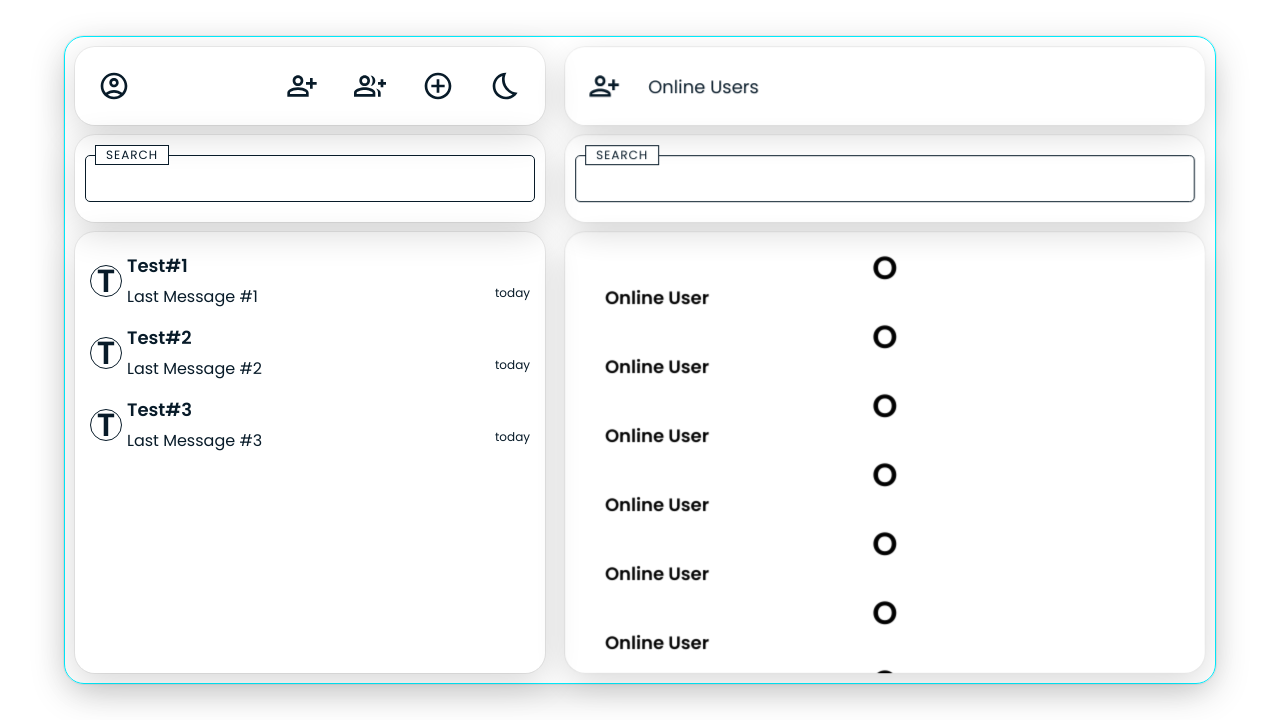
Repository: swastikjhacoder/mern-chat-frontend-only
Page: /users
The author's editor kept a copy of each file at every save. The page is drawn from the files as they stood at one save, then again after the next save.
The browser window is 1280 px wide. The pictures show the whole page.
An inner scrolling area shows only its first screen. The project was rebuilt for these pictures with package versions that can differ from the ones it lists, and the page was loaded fresh each time. Also part of the build but not shown: src/components/loginSignup/Login.jsx, src/components/chat/MessageOthers.jsx, src/components/chat/MessageSelf.jsx, src/components/chat/ChatContainer.jsx. Imported but missing from the stored project, and not drawn on this page: src/components/loginSignup/SignUp.

Above is the page before, as saved 2023-09-21 22:43:13.

### src/index.js
import React from "react";
import ReactDOM from "react-dom/client";
import "./index.css";
import App from "./App";
import { BrowserRouter } from "react-router-dom";
import { Provider } from "react-redux";
import { store } from "./redux/store";

const root = ReactDOM.createRoot(document.getElementById("root"));
root.render(
  <React.StrictMode>
    <Provider store={store}>
      <BrowserRouter>
        <App />
      </BrowserRouter>
    </Provider>
  </React.StrictMode>
);

### src/index.css
@import url('https://fonts.googleapis.com/css2?family=Poppins:ital,wght@0,100;0,200;0,300;0,400;0,500;0,600;0,700;0,800;0,900;1,400&display=swap');

:root {
  --border-color: #0ef;
  --body-color: #081b29;
  --container-default-color: #fff;
  --self-message-background-color: #63d7b0;
  --other-message-background-color: #e2e4e3;
  --box-shadow: rgba(0, 0, 0, 0.16) 0px 10px 36px 0px, rgba(0, 0, 0, 0.06) 0px 0px 0px 1px;

  --large-font-size: 32px;
  --medium-font-size: 18px;
  --normal-font-size: 16px;
  --small-font-size: 12px;
  --tiny-font-size: 10px;

  --bolder-font-weight: 600;
}

::-webkit-scrollbar {
  width: 6px !important;
  height: 6px !important;
}

::-webkit-scrollbar-track {
  background: hsla(0, 0%, 100%, -1);
}

::-webkit-scrollbar-thumb {
  background: rgba(0, 0, 0, 0.2);
}


* {
  margin: 0;
  padding: 0;
  box-sizing: border-box;
  font-family: 'Poppins', sans-serif;
}

body {
  display: flex;
  flex-direction: column;
  justify-content: center;
  align-items: center;
}

.app-container {
  display: flex;
  width: 100vw;
  height: 100vh;
  flex-direction: column;
  justify-content: center;
  align-items: center;
}

.container {
  display: flex;
  flex-direction: row;
  gap: 10px;
  width: 90vw;
  height: 90vh;
  border-radius: 20px;
  border: 1px solid var(--border-color);
  box-shadow: var(--box-shadow);
}

.left-sidebar-container {
  display: flex;
  flex-direction: column;
  flex: 0.3;
  padding: 10px;
}

.sb-header {
  display: flex;
  flex-direction: row;
  border-radius: 20px;
  justify-content: space-between;
  padding: 5px;
  box-shadow: var(--box-shadow);
}

.sb-header >div {
  width: max-content;
}

.icon {
  font-size: var(--large-font-size) !important;
  margin: 10px;
}

.sb-search {
  display: flex;
  flex-direction: row;
  width: 100%;
  padding: 10px;
  margin-top: 10px;
  border-radius: 20px;
  box-shadow: var(--box-shadow);
}

.input-box {
  position: relative;
  width: 450px;
  margin: 10px 0;
}

.input-box input {
  width: 100%;
  padding: 10px;
  background: transparent;
  border-radius: 5px;
  color: var(--body-color);
  outline: none;
  font-size: var(--title-text-size);
}

.input-box span {
  position: absolute;
  left: 0;
  padding: 0 10px;
  pointer-events: none;
  font-size: var(--small-font-size);
  text-transform: uppercase;
  letter-spacing: 1px;
  transform: translateX(10px) translateY(-10px);
}

.sb-conversations {
  background-color: var(--container-color);
  border-radius: 20px;
  padding: 10px 5px;
  margin-top: 10px;
  flex: 1;
  overflow-y: scroll;
  box-shadow: var(--box-shadow);
}

.conversation-container {
  display: grid;
  grid-template-columns: 32px auto auto;
  grid-template-rows: auto auto;
  column-gap: 10px;
  padding: 5px;
  gap: 5px;
  margin: 5px;
  border-radius: 20px;
  transition-duration: .5s;
}

.con-icon {
  grid-area: 1/1/3/2;
  display: flex;
  justify-content: center;
  align-items: center;
  font-size: var(--large-font-size);
  font-weight: var(--bolder-font-weight);
  height: 32px;
  width: 32px;
  padding: 2px;
  border-radius: 50%;
  justify-self: center;
  align-self: center;
}

.con-title {
  grid-area: 1/2/2/4;
  font-weight: var(--bolder-font-weight);
  font-size: var(--medium-font-size);
}

.con-lastMessage {
  font-size: var(--normal-font-size);
}

.con-timeStamp {
  justify-self: flex-end;
  font-size: var(--small-font-size);
}

.right-sidebar-container {
  flex: .7;
  display: flex;
  flex-direction: column;
  gap: 10px;
  padding: 10px 10px 10px 0;
}

.chat-header {
  display: flex;
  justify-content: space-between;
  column-gap: 10px;
  padding: 10px;
  border-radius: 20px;
  box-shadow: var(--box-shadow);
}

.chat-header-info {
  display: flex;
  flex-direction: row;
  justify-content: center;
  align-items: center;
  gap: 10px;
}

.chat-message {
  flex: 1;
  background-color: var(--container-color);
  border-radius: 20px;
  padding: 20px 40px;
  overflow-y: scroll;
  box-shadow: var(--box-shadow);
}

.chat-input {
  display: flex;
  flex-direction: row;
  justify-content: space-between;
  align-items: center;
  border-radius: 20px;
  padding: 10px;
  box-shadow: var(--box-shadow)
}

.self-message-container {
  display: flex;
  justify-content: flex-end;
}

.self-message {
  display: flex;
  flex-direction: column;
  background-color: var(--self-message-background-color);
  width: max-content;
  padding: 10px 10px;
  margin: 5px;
  border-radius: 20px;
}
.self-title {
  font-weight: var(--bolder-font-weight);
  font-size: var(--medium-font-size);
}

.self-message {
  font-size: var(--normal-font-size);
}

.self-timestamp {
  margin-left: auto;
  font-size: var(--small-font-size);
}

.other-message-container {
  display: flex;
  justify-content: flex-start;
  flex-direction: row;
  gap: 5px;
  width: max-content;
  padding: 10px 10px;
  margin: 5px;
  border-radius: 20px;
}

.other-icon {
  display: flex;
  justify-content: center;
  align-items: center;
  font-size: var(--large-font-size);
  font-weight: var(--bolder-font-weight);
  height: 32px;
  width: 32px;
  padding: 2px;
  border-radius: 50%;
  justify-self: center;
  align-self: center;
}

.other-text-content {
  display: flex;
  flex-direction: column;
  background-color: var(--other-message-background-color);
  padding: 10px 10px;
  border-radius: 20px;
}

.other-title {
  font-weight: var(--bolder-font-weight);
  font-size: var(--medium-font-size);
}

.other-message {
  font-size: var(--normal-font-size);
}

.other-timestamp {
  margin-left: auto;
  font-size: var(--small-font-size);
}

.online-users-header {
  border-radius: 20px;
  display: flex;
  gap: 10px;
  padding: 5px;
  font-size: var(--medium-font-size);
  box-shadow: var(--box-shadow);
  align-items: center;
}

.online-users-search {
  display: flex;
  flex-direction: row;
  width: 100%;
  padding: 10px;
  border-radius: 20px;
  box-shadow: var(--box-shadow);
}

.online-users-list {
  display: flex;
  flex-direction: column;
  flex: 1;
  gap: 10px;
  padding: 10px;
  border-radius: 20px;
  padding: 20px 40px;
  overflow-y: scroll;
  box-shadow: var(--box-shadow);
  cursor: pointer;
  transition-duration: .5s;
}

### src/App.js
// import { Button } from "@mui/material";
// import React from "react";
// import { useSelector, useDispatch } from "react-redux";
// import { toggleDarkMode, addUser, removeUser } from './redux/liveChatSlice';

// function App() {
//   const dispatch = useDispatch();
//   const mode = useSelector((state) => state.liveChat.mode);
//   const userInfo = useSelector((state) => state.liveChat.userInfo);
//   const background = useSelector( ( state ) => state.liveChat.background );
//   console.log(mode);
//   console.log(userInfo);
//   console.log(background);
//   return (
//     <>
//       <Button onClick={() => dispatch(toggleDarkMode())}>Click Me</Button>
//     </>
//   );
// }

// export default App;

import React from "react";
import { useSelector } from "react-redux";
import "./index.css";
import { Routes, Route } from "react-router-dom";
import MainContainer from "./components/MainContainer";
import Login from "./components/loginSignup/Login";
import SignUp from "./components/loginSignup/SignUp";
import ChatContainer from "./components/chat/ChatContainer";
import OnlineUsersGroup from "./components/chat/OnlineUsersGroup";

const App = () => {
  const background = useSelector((state) => state.liveChat.background);
  // console.log(background);
  return (
    <>
      <div style={{ backgroundColor: background }} className="app-container">
        <Routes>
          <Route path="/" element={<MainContainer />}>
            <Route path="login" element={<Login />} />
            <Route path="signup" element={<SignUp />} />
            <Route path="chat" element={<ChatContainer />} />
            <Route path="users" element={<OnlineUsersGroup />} />
          </Route>
        </Routes>
      </div>
    </>
  );
};

export default App;

### src/redux/store.js
import { configureStore } from '@reduxjs/toolkit';
import liveChatReducer from './liveChatSlice';

export const store = configureStore({
  reducer: {
    liveChat: liveChatReducer,
  },
});

### src/components/MainContainer.jsx
import React from "react";
import { Outlet } from "react-router-dom";
import SideBar from "./chat/SideBar";
// import { useSelector } from "react-redux";
// import Login from "./loginSignup/Login";

const MainContainer = () => {
  // const user = useSelector((state) => state.liveChat.userInfo);
  // console.log(user);
  return (
    <>
      <div className="container">
        {/*
        { user ? <SideBar/> : <Login /> }*/
        }
        <SideBar />
        <Outlet />
      </div>
    </>
  );
};

export default MainContainer;

### src/components/chat/OnlineUsersGroup.jsx
import React from "react";
import { IconButton } from "@mui/material";
import PersonAddAlt1OutlinedIcon from "@mui/icons-material/PersonAddAlt1Outlined";
import { AnimatePresence, motion } from "framer-motion";
import { useSelector } from "react-redux";
import OnlineUsers from "./OnlineUsers";

const OnlineUsersGroup = () => {
  const { background, color } = useSelector((state) => state.liveChat);
  return (
    <AnimatePresence>
      <motion.div
        initial={{ opacity: 0, scale: 0 }}
        animate={{ opacity: 1, scale: 1 }}
        exit={{ opacity: 0, scale: 0 }}
        transition={{
          ease: "anticipate",
          duration: "0.3",
        }}
        className="right-sidebar-container"
      >
        <div className="online-users-header">
          <div>
            <IconButton>
              <PersonAddAlt1OutlinedIcon
                className="icon"
                style={{ color: color }}
              />
            </IconButton>
          </div>
          <p style={{ color: color }}>Online Users</p>
        </div>
        <div className="online-users-search">
          <div className="input-box" style={{ flex: 1 }}>
            <input
              type="search"
              name="search"
              required="required"
              style={{ border: `1px solid ${color}`, color: color }}
            />
            <span
              style={{
                color: color,
                border: `1px solid ${color}`,
                background: background,
              }}
            >
              Search
            </span>
          </div>
        </div>
        <div className="online-users-list">
          <OnlineUsers />
          <OnlineUsers />
          <OnlineUsers />
          <OnlineUsers />
          <OnlineUsers />
          <OnlineUsers />
          <OnlineUsers />
          <OnlineUsers />
          <OnlineUsers />
          <OnlineUsers />
          <OnlineUsers />
          <OnlineUsers />
          <OnlineUsers />
          <OnlineUsers />
        </div>
      </motion.div>
    </AnimatePresence>
  );
};

export default OnlineUsersGroup;

### src/redux/liveChatSlice.js
import { createSlice } from "@reduxjs/toolkit";

const initialState = {
  mode: JSON.parse(localStorage.getItem("darkMode")) || false,
  userInfo: null,
  background: JSON.parse(localStorage.getItem("backgroundColor")) || "#fff",
  color: JSON.parse(localStorage.getItem("color")) || "#081b29",
};

export const liveChatSlice = createSlice({
  name: "liveChat",
  initialState,
  reducers: {
    toggleDarkMode: (state) => {
      state.mode = !state.mode;
      if (!state.mode) {
        state.background = "#fff";
        state.color = "#081b29";
      } else {
        state.background = "#081b29";
        state.color = "#fff";
      }
      localStorage.setItem("darkMode", JSON.stringify(state.mode));
      localStorage.setItem("backgroundColor", JSON.stringify(state.background));
      localStorage.setItem("color", JSON.stringify(state.color));
    },
    addUser: (state, action) => {
      state.userInfo = action.payload;
    },
    removeUser: (state) => {
      state.userInfo = null;
    },
  },
});

export const { toggleDarkMode, addUser, removeUser } =
  liveChatSlice.actions;
export default liveChatSlice.reducer;

### src/components/chat/SideBar.jsx
import React from "react";
import AccountCircleOutlinedIcon from "@mui/icons-material/AccountCircleOutlined";
import PersonAddAltOutlinedIcon from "@mui/icons-material/PersonAddAltOutlined";
import GroupAddOutlinedIcon from "@mui/icons-material/GroupAddOutlined";
import AddCircleOutlineOutlinedIcon from "@mui/icons-material/AddCircleOutlineOutlined";
import BedtimeOutlinedIcon from "@mui/icons-material/BedtimeOutlined";
import LightModeOutlinedIcon from "@mui/icons-material/LightModeOutlined";
import { useSelector, useDispatch } from "react-redux";
import { IconButton } from "@mui/material";
import { toggleDarkMode } from "../../redux/liveChatSlice";
import ConversationList from "./ConversationList";
import {useNavigate } from 'react-router-dom';

const SideBar = () =>
{
  const navigate = useNavigate();
  const dispatch = useDispatch();
  const { mode, background, color } = useSelector((state) => state.liveChat);
  const conversations = [
    {
      name: "Test#1",
      lastMessage: "Last Message #1",
      timeStamp: "today",
    },
    {
      name: "Test#2",
      lastMessage: "Last Message #2",
      timeStamp: "today",
    },
    {
      name: "Test#3",
      lastMessage: "Last Message #3",
      timeStamp: "today",
    },
  ];
  console.log(mode);
  return (
    <>
      <div className="left-sidebar-container">
        <div className="sb-header">
          <div>
            <IconButton>
              <AccountCircleOutlinedIcon
                className="icon"
                style={{ color: color }}
              />
            </IconButton>
          </div>
          <div>
            <IconButton>
              <PersonAddAltOutlinedIcon
                className="icon"
                style={ { color: color } }
                onClick={ () => { navigate( 'users' ); }}
              />
            </IconButton>
            <IconButton>
              <GroupAddOutlinedIcon className="icon" style={{ color: color }} />
            </IconButton>
            <IconButton>
              <AddCircleOutlineOutlinedIcon
                className="icon"
                style={{ color: color }}
              />
            </IconButton>
            <IconButton onClick={() => dispatch(toggleDarkMode())}>
              {mode ? (
                <LightModeOutlinedIcon
                  className="icon"
                  style={{ color: color }}
                />
              ) : (
                <BedtimeOutlinedIcon
                  className="icon"
                  style={{ color: color }}
                />
              )}
            </IconButton>
          </div>
        </div>
        <div className="sb-search">
          <div className="input-box">
            <input
              type="search"
              name="search"
              required="required"
              style={{ border: `1px solid ${color}`, color: color }}
            />
            <span
              style={{
                color: color,
                border: `1px solid ${color}`,
                background: background,
              }}
            >
              Search
            </span>
          </div>
        </div>
        <div className="sb-conversations">
          {conversations.map((conversation, index) => {
            return <ConversationList key={index} props={conversation} />;
          })}
        </div>
      </div>
    </>
  );
};

export default SideBar;

### src/components/chat/OnlineUsers.jsx
import React from "react";
import { motion } from "framer-motion";
import { useSelector } from "react-redux";

const OnlineUsers = () => {
  const { color } = useSelector((state) => state.liveChat);
  const props = { name: "Online User" };
    return (
      <motion.div
        whileHover={{ scale: 1.01 }}
        whileTap={{ scale: 0.98 }}
        className="online-users-container"
      >
        <p className="con-icon">{props.name[0]}</p>
        <p className="con-title">{props.name}</p>
      </motion.div>
    );
};

export default OnlineUsers;

### src/components/chat/ConversationList.jsx
import React from "react";
import { motion } from "framer-motion";
import { useNavigate} from 'react-router-dom';
import { useSelector } from "react-redux";

const ConversationList = ({ props }) => {
  const navigate = useNavigate();
  const { color } = useSelector((state) => state.liveChat);
  return (
    <>
      <motion.div
        whileHover={{ scale: 1.01, cursor: "pointer" }}
        whileTap={{ scale: 0.98 }}
        className="conversation-container"
        onClick={ () => { navigate( 'chat' ); }}
      >
        <p
          className="con-icon"
          style={{
            color: color,
            border: `1px solid ${color}`,
          }}
        >
          {props.name[0]}
        </p>
        <p className="con-title" style={{ color: color }}>
          {props.name}
        </p>
        <p className="con-lastMessage" style={{ color: color }}>
          {props.lastMessage}
        </p>
        <p className="con-timeStamp" style={{ color: color }}>
          {props.timeStamp}
        </p>
      </motion.div>
    </>
  );
};

export default ConversationList;

After the next save:
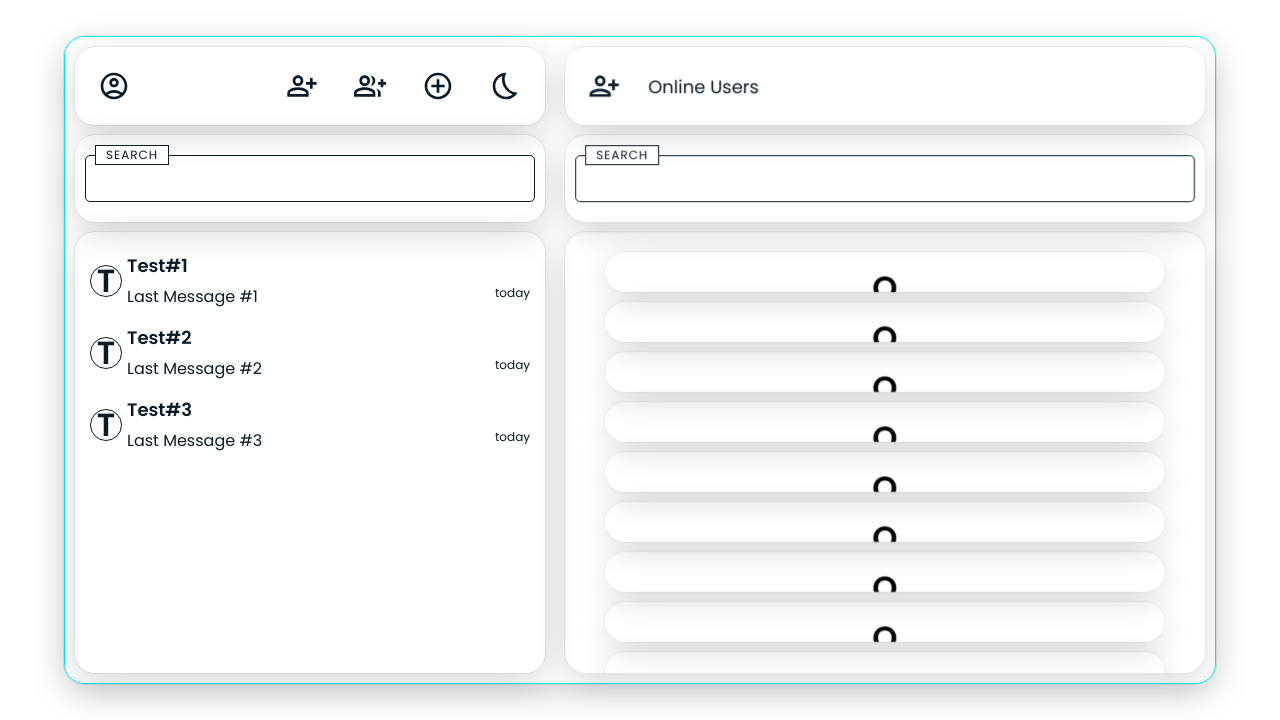
Saved 53 s later.
--- a/src/components/chat/OnlineUsers.jsx
+++ b/src/components/chat/OnlineUsers.jsx
@@ -9,7 +9,7 @@
       <motion.div
         whileHover={{ scale: 1.01 }}
         whileTap={{ scale: 0.98 }}
-        className="online-users-container"
+        className="online-users-list"
       >
         <p className="con-icon">{props.name[0]}</p>
         <p className="con-title">{props.name}</p>

After the save that followed:
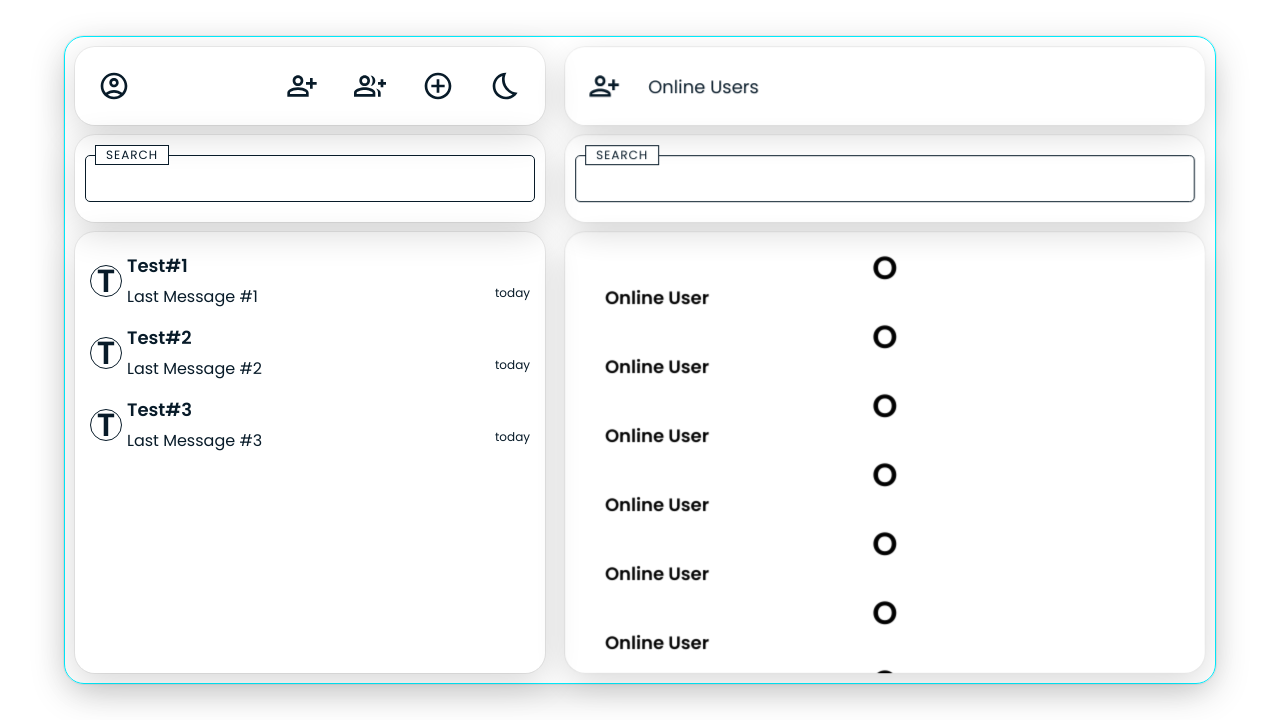
Saved 11 s later.
--- a/src/components/chat/OnlineUsers.jsx
+++ b/src/components/chat/OnlineUsers.jsx
@@ -9,7 +9,7 @@
       <motion.div
         whileHover={{ scale: 1.01 }}
         whileTap={{ scale: 0.98 }}
-        className="online-users-list"
+        className="online-users-container"
       >
         <p className="con-icon">{props.name[0]}</p>
         <p className="con-title">{props.name}</p>
